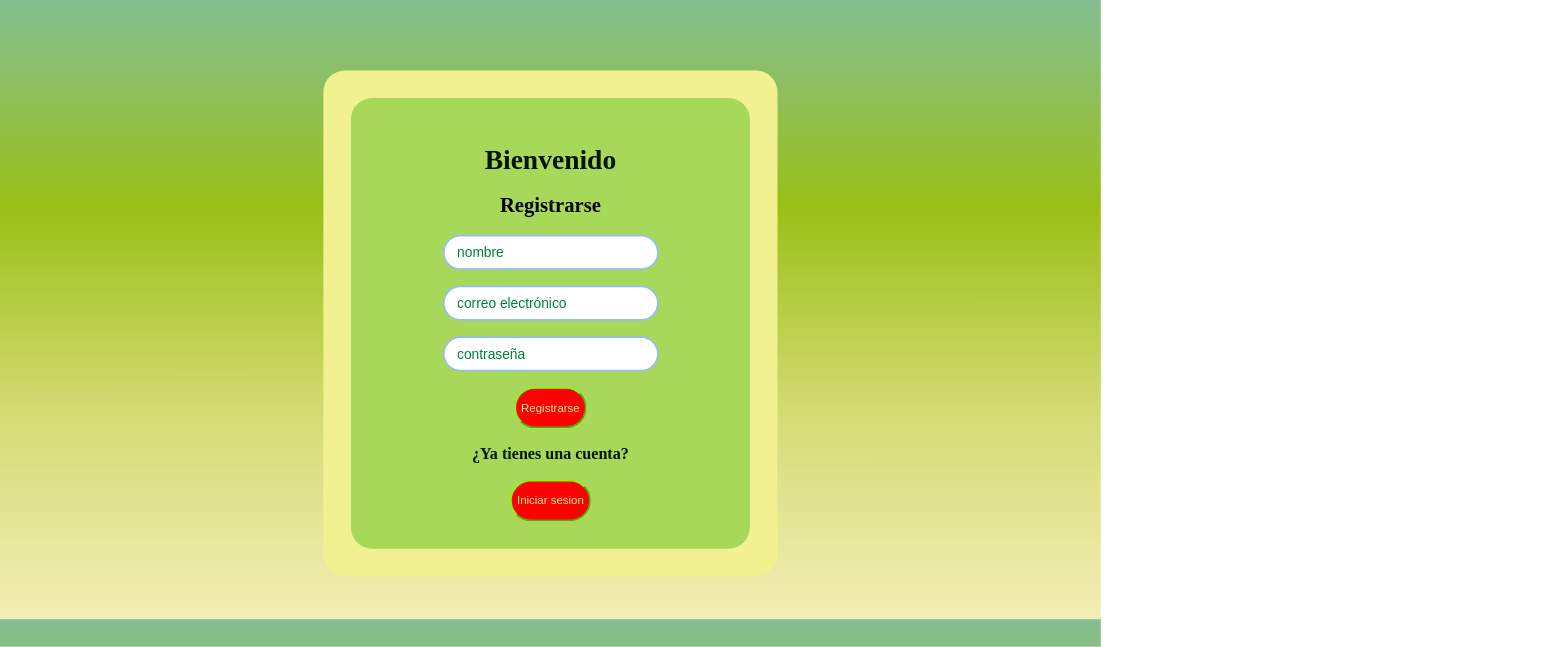
Repository: carrascokarencb37-afk/Nuura
Page: html/registrarse.html
These files come from the project's save history. The page is drawn as it stood at one moment and after the next save; the edit follows.
The browser window is 1280 px wide. The page is 1280 px wide, then 1807 px, so the pictures cover 1807 px, including what lies to the right of the window. The pictures show the whole page, at 86% of full size.
Some icons come from a web library that is not loaded, so they are not drawn. Backgrounds fixed to the window are drawn as part of the page.

Above is the page before, as saved 2026-05-28 22:49:14.

### html/registrarse.html
<!DOCTYPE html>
<html lang="es">
<head>
    <meta charset="UTF-8">
    <meta name="viewport" content="width=device-width, initial-scale=1.0">

    <title>Nuura - Registrarse</title>

    <link rel="stylesheet" href="../css/style.css">
    <link rel="icon" href="../img/Nuura.png" type="png">

        <script src="../js/script.js" defer></script>

</head>
    <body>
        <div class="borde">
            <div class="cont">
                <h1>Bienvenido</h1>
                <h2>Registrarse</h2>

        <form action="../php/guardar.php" method="POST">
                <input type="text" name="nombre" placeholder="nombre" id="nombre">
                <br><br>
                <input type="email" name="correo" id="correo" placeholder="correo electrónico">
                <br><br>
            <div class="contra">
                <input type="password" name="contra" id="contra" placeholder="contraseña">
                <span onclick="mostrarContra()" class="ojo">
                    <i
                        class="fi fi-sr-eye">
                    </i>
                </span>
                <br><br>
            </div>

                <button type="submit" class="chapito">Registrarse</button>

        </form>
                <h3>¿Ya tienes una cuenta?</h3>

                <a href="iniciarsesion.html"><button class="chapito">Iniciar sesion</button></a>

            </div>
        </div>

    </body>
</html>

### css/style.css
@import url('https://cdn-uicons.flaticon.com/4.0.0/uicons-solid-rounded/css/uicons-solid-rounded.css');

/*Importar fuente chewy*/
@font-face {
    font-family: 'chewy';
    src: url(../fonts/Chewy-Regular.ttf) format('truetype');
    font-weight: normal;
    font-style: normal;
}


body {
    background-image: linear-gradient(to top, #f3eeb6, #d4db74, #9abf17, #84bf93);
    background-size: cover;
    background-attachment: fixed;
    min-height: 100vh;
    margin: 0;

    justify-content: center;
    text-align: center;
    padding: 1rem;
    display: flex;
    align-items: center;
    justify-content: center;
}

.titulo {
    font-family: Arial, Helvetica, sans-serif;
}

.boton {
    text-decoration: none;
}

/*Aqui empieza el estilo de INICIAR SESION.html*/
.cont{
    border-radius: 25px;
    background-color: #a7d859;
    padding: 2rem;
    min-width: 70%;
    width: 400px;
}
.cont h1{
    color: rgb(2, 20, 5);
    font-family:cursive;
}
.cont h3{
    color:rgb(2, 20, 5);
    font-family:cursive;
}

.borde{
    background-color: #F1F191;
    border-radius:25px;
    padding: 2rem;
}

/*registros*/
.cont input{
    border-radius:30px;
    height: 2rem;
    width: 15rem;
    border-color: rgb(148, 189, 241);
}
.cont ::placeholder{
    color: rgb(0, 129, 58);
}

input{
    color: #004d00;
    max-width: 230px;
    min-height: 35px;

    border-radius: 20px;
    border: 2px solid #4c74ff;

    padding-left: 15px;

    color: #145214;

    font-size: 16px;

    outline: none;
}

/*ojito password*/
.fi fi-sr-eye{
    position: absolute;
    right: 15px;
    top: 8px;
    transform: translateY(-50%);
    cursor: pointer;
}

/*botones*/
.chapito{
    border-radius: 25px;
    background-color:rgb(78, 167, 42) ;
    border-color: chartreuse;
    height: 2rem;
    color: #F1F191;
    transition: 1s;
    background-color: red;
    height: 3rem;
    cursor: pointer;
}
.chapito:hover{
    background-color:rgb(148, 189, 241);
    color: blue;
    border-color: blue;
    transition: 1s;
    transform: scale(1.05);
}

/* Móviles medianos (480px - 768px) */
@media (min-width: 481px) and (max-width: 768px) {
    body {
        padding: 1rem;
    }

    .borde {
        max-width: 500px;
    }

    .cont {
        max-width: 400px;
    }

    .cont input {
        max-width: 260px;
    }

    input {
        max-width: 260px;
    }

    .contra {
        max-width: 260px;
    }
}

/* Móviles en horizontal y tablets pequeñas */
@media (max-width: 768px) {
    .chapito:hover {
        transform: none; /* Evita problemas de hover en táctil */
    }
}

/* Ajuste para pantallas muy pequeñas (menos de 360px) */
@media (max-width: 360px) {
    .cont {
        padding: 1rem;
    }

    .chapito {
        width: 100%;
        max-width: 200px;
        font-size: 0.85rem;
    }

    .cont h1 {
        font-size: 1.4rem;
    }

    .cont h2 {
        font-size: 1.1rem;
    }
}

### js/script.js
//Aqui está el código para mostrar la contraseña en el input de iniciar sesión
function mostrarContra() {
    const input = document.getElementById('contra');
    if (input.type === 'password') {
        input.type = 'text';
    }else {
        input.type = 'password';
    }

}

After the next save:
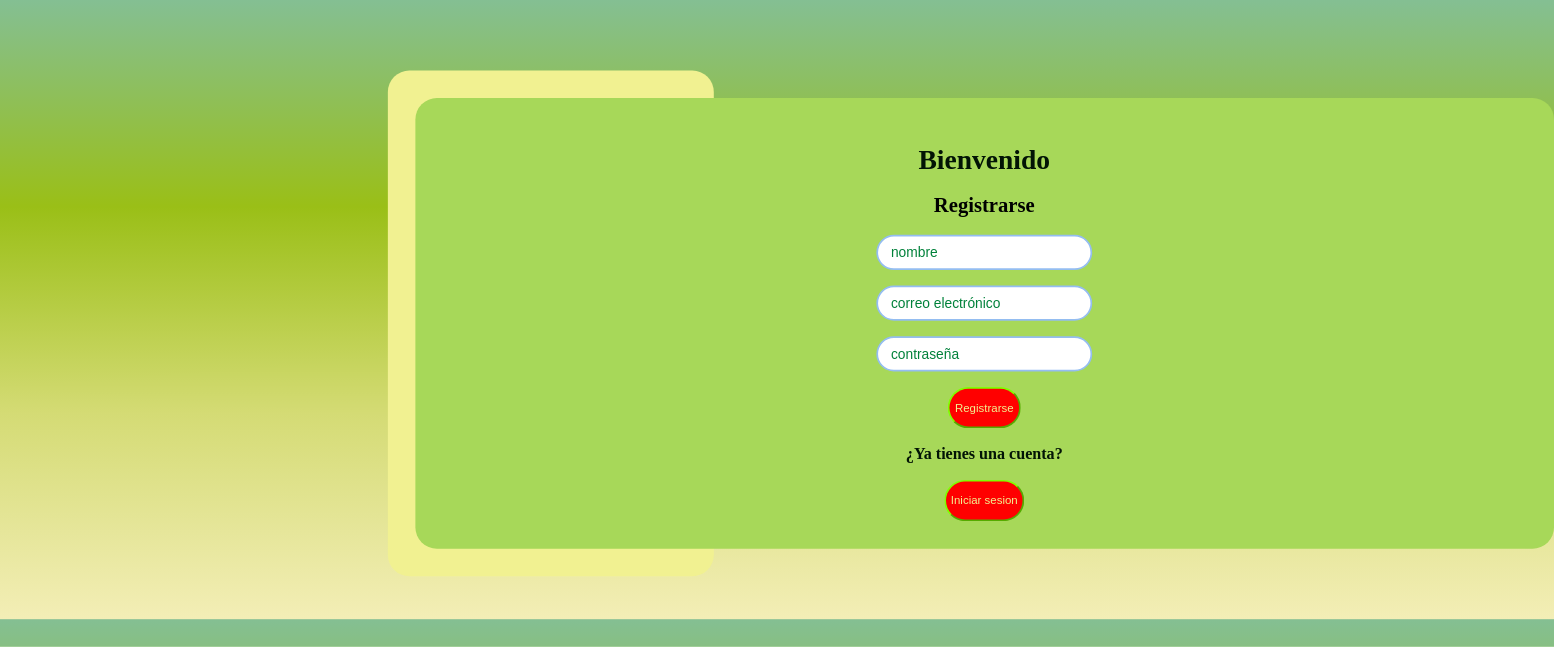
Saved 8 s later.
--- a/css/style.css
+++ b/css/style.css
@@ -38,7 +38,7 @@ body {
     background-color: #a7d859;
     padding: 2rem;
     min-width: 70%;
-    width: 400px;
+    width: 400%;
 }
 .cont h1{
     color: rgb(2, 20, 5);
